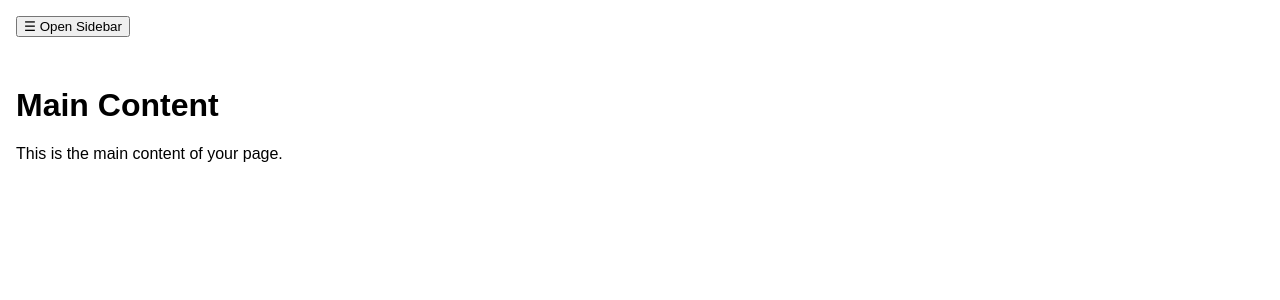
Repository: Ceasor7/Karin
Page: test.html
An editor plug-in stored every save of this project. The page is shown before and after the next save, followed by the edit.
The browser window is 1280 px wide. The pictures show the whole page.

Above is the page before, as saved 2023-12-15 17:23:07.

### test.html
<!DOCTYPE html>
<html lang="en">

<head>
    <meta charset="UTF-8">
    <meta name="viewport" content="width=device-width, initial-scale=1.0">
    <title>Sidebar Menu</title>
    <style>
        body {
            margin: 0;
            font-family: 'Arial', sans-serif;
        }

        .sidebar {
            height: 100%;
            width: 0;
            position: fixed;
            right: 0;
            background-color: #111;
            overflow-x: hidden;
            transition: 0.5s;
            padding-top: 60px;
        }

        .sidebar a {
            padding: 8px 8px 8px 32px;
            text-decoration: none;
            font-size: 18px;
            color: white;
            display: block;
            transition: 0.3s;
        }

        .sidebar a:hover {
            color: #f1f1f1;
        }

        .sidebar .closebtn {
            position: absolute;
            top: 0;
            right: 25px;
            font-size: 36px;
            margin-left: 50px;
        }

        #main {
            transition: margin-right .5s;
            padding: 16px;
        }

        /* Style for content */
        .content {
            margin-top: 50px;
        }
    </style>
</head>

<body>

    <div id="mySidebar" class="sidebar">
        <a href="javascript:void(0)" class="closebtn" onclick="closeNav()">×</a>
        <a href="#">About</a>
        <a href="#">Contact</a>
    </div>

    <div id="main">
        <button class="openbtn" onclick="openNav()">☰ Open Sidebar</button>
        <div class="content">
            <!-- Your page content goes here -->
            <h1>Main Content</h1>
            <p>This is the main content of your page.</p>
        </div>
    </div>

    <script>
        function openNav() {
            document.getElementById("mySidebar").style.width = "250px";
            document.getElementById("main").style.marginRight = "250px";
        }

        function closeNav() {
            document.getElementById("mySidebar").style.width = "0";
            document.getElementById("main").style.marginRight = "0";
        }
    </script>

</body>

</html>

After the next save:
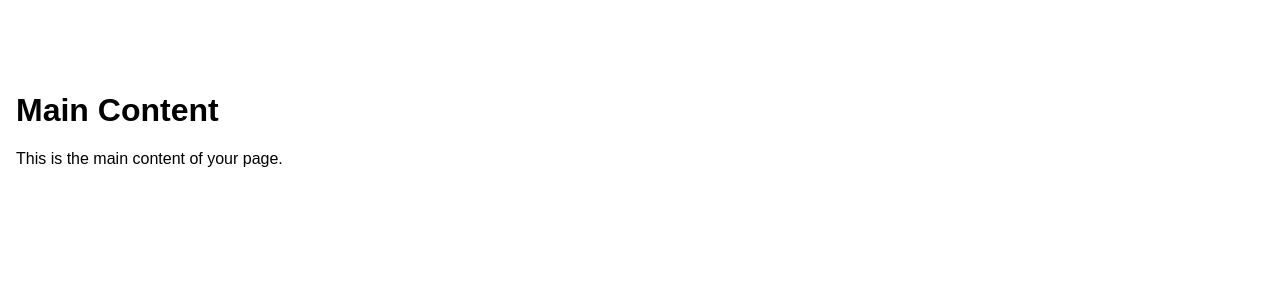
Saved 3 min 42 s later.
--- a/test.html
+++ b/test.html
@@ -52,19 +52,28 @@
         .content {
             margin-top: 50px;
         }
+
+        /* Style for the open button */
+        .open-btn {
+            font-size: 20px;
+            cursor: pointer;
+            border: none;
+            background: none;
+            color: white;
+        }
     </style>
 </head>
 
 <body>
 
     <div id="mySidebar" class="sidebar">
-        <a href="javascript:void(0)" class="closebtn" onclick="closeNav()">×</a>
+        <button class="open-btn" onclick="closeNav()">☰ Close Sidebar</button>
         <a href="#">About</a>
         <a href="#">Contact</a>
     </div>
 
     <div id="main">
-        <button class="openbtn" onclick="openNav()">☰ Open Sidebar</button>
+        <button class="open-btn" onclick="openNav()">☰ Open Sidebar</button>
         <div class="content">
             <!-- Your page content goes here -->
             <h1>Main Content</h1>

After the save that followed:
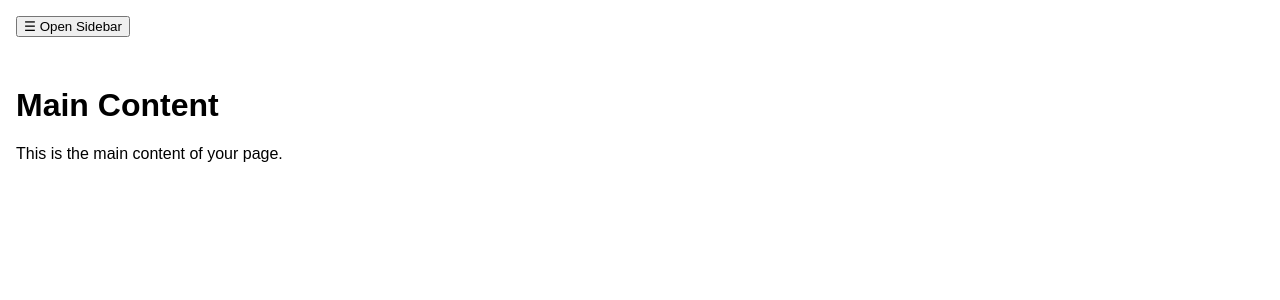
Saved 52 s later.
--- a/test.html
+++ b/test.html
@@ -52,28 +52,19 @@
         .content {
             margin-top: 50px;
         }
-
-        /* Style for the open button */
-        .open-btn {
-            font-size: 20px;
-            cursor: pointer;
-            border: none;
-            background: none;
-            color: white;
-        }
     </style>
 </head>
 
 <body>
 
     <div id="mySidebar" class="sidebar">
-        <button class="open-btn" onclick="closeNav()">☰ Close Sidebar</button>
+        <a href="javascript:void(0)" class="closebtn" onclick="closeNav()">×</a>
         <a href="#">About</a>
         <a href="#">Contact</a>
     </div>
 
     <div id="main">
-        <button class="open-btn" onclick="openNav()">☰ Open Sidebar</button>
+        <button class="openbtn" onclick="openNav()">☰ Open Sidebar</button>
         <div class="content">
             <!-- Your page content goes here -->
             <h1>Main Content</h1>
